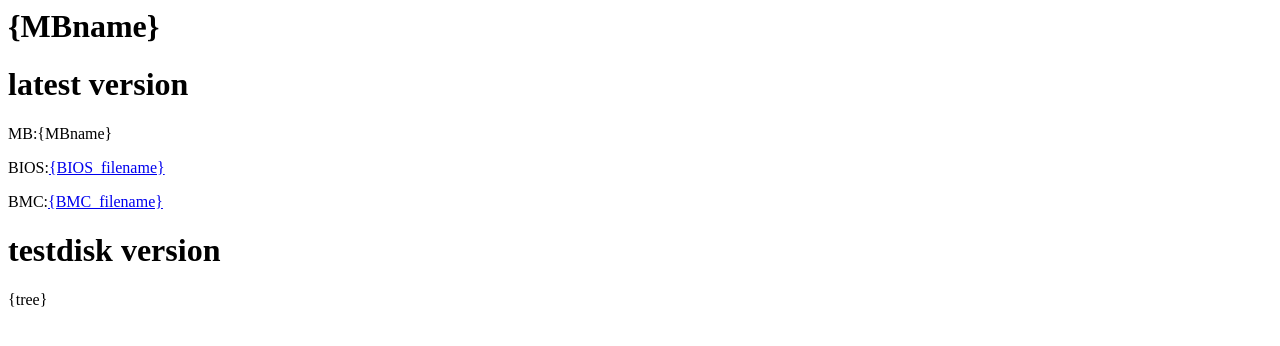
Repository: tttt1213/BIOSversion
Page: result.html
An editor plug-in stored every save of this project. The page is shown before and after the next save, followed by the edit.
The browser window is 1280 px wide. The pictures show the whole page.

Above is the page before, as saved 2023-04-03 11:27:59.

After the next save:
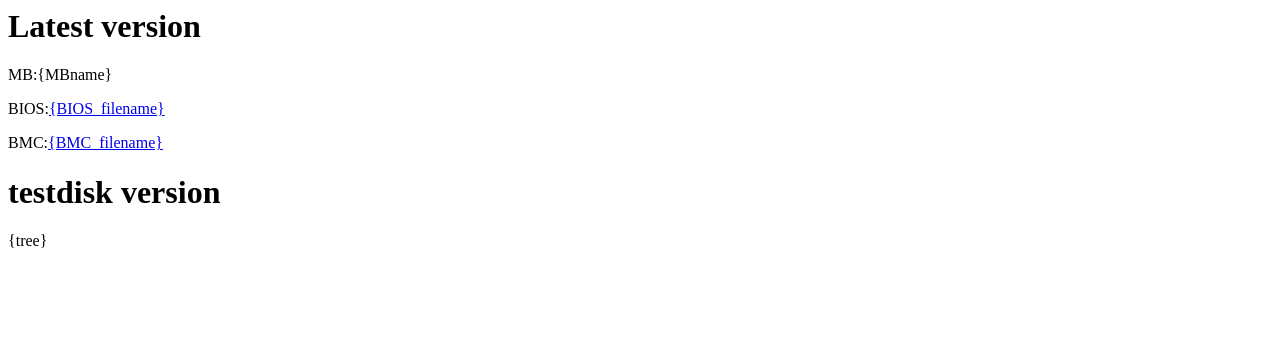
Saved 32 s later.
--- a/result.html
+++ b/result.html
@@ -1,7 +1,6 @@
 <html>
 <head>
-<h1>{MBname}</h1>
-<h1>latest version</h1>
+<h1>Latest version</h1>
 </head>
 <body>
 <header class="header">
